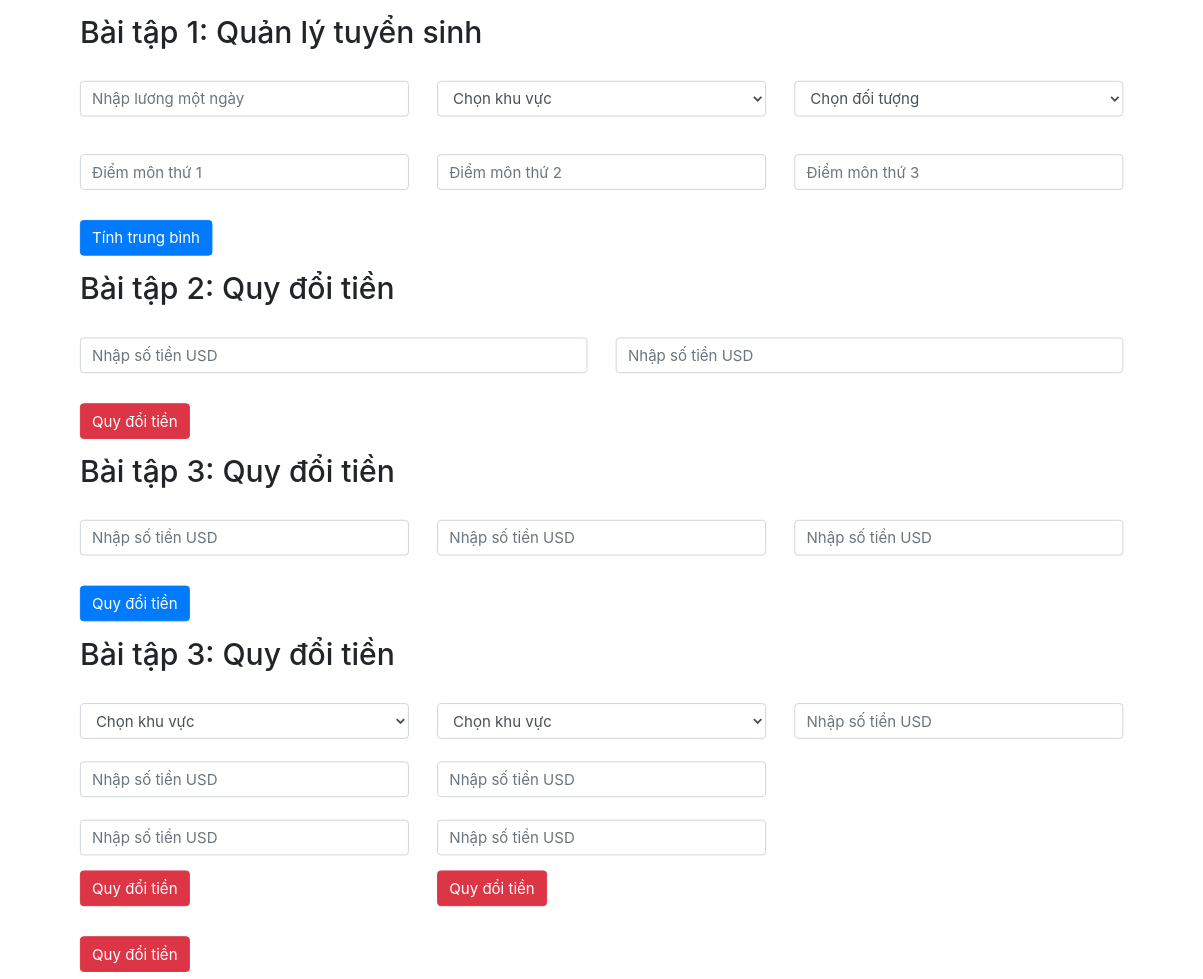
Repository: thanhfrankie/BC10-LeMinhThanh-Js-b5
Page: index.html
The author's editor kept a copy of each file at every save. The page is drawn from the files as they stood at one save, then again after a run of saves.
The browser window is 1280 px wide. The pictures show the whole page, at 94% of full size.

Above is the page before, as saved 2023-12-15 17:39:10.

### index.html
<!doctype html>
<html lang="en">
  <head>
    <title>Title</title>
    <!-- Required meta tags -->
    <meta charset="utf-8">
    <meta name="viewport" content="width=device-width, initial-scale=1, shrink-to-fit=no">

    <!-- Bootstrap CSS -->
    <link rel="stylesheet" href="https://stackpath.bootstrapcdn.com/bootstrap/4.3.1/css/bootstrap.min.css" integrity="sha384-ggOyR0iXCbMQv3Xipma34MD+dH/1fQ784/j6cY/iJTQUOhcWr7x9JvoRxT2MZw1T" crossorigin="anonymous">
  </head>
  <body>
   <!-- Bài tập 1 -->
   <div class="container ">
    <h2 class="mt-3">Bài tập 1: Quản lý tuyển sinh</h2>
    <div class="row">
        <div class="col-sm-4">
            <div class="form-group">
                <label for="luong-mot-ngay"></label>
                <input
                  type="number"
                  class="form-control"
                  name=""
                  id="luong-mot-ngay"
                  aria-describedby="helpId"
                  placeholder="Nhập lương một ngày"
                  required
                />
        </div>
    </div>
        <div class="col-sm-4">
            <div class="form-group">
                <label for=""></label>
                <select class="form-control" id="">
                    <option selected>Chọn khu vực</option>
                    <option>A</option>
                    <option>B</option>
                    <option>C</option>
                </select>
            </div>
        </div>
        <div class="col-sm-4">
            <div class="form-group">
                <label for=""></label>
                <select class="form-control" id="">
                    <option selected>Chọn đối tượng</option>
                    <option>1</option>
                    <option>2</option>
                    <option>3</option>
                </select>
            </div>
        </div>
    </div>
   <div class="row">
        <div class="col-sm-4">
            <div class="form-group">
                <label for="diem-mon-thu-1"></label>
                <input
                  type="number"
                  class="form-control"
                  name=""
                  id="diem-mon-thu-1"
                  aria-describedby="helpId"
                  placeholder="Điểm môn thứ 1"
                  required
                />
        </div>
        </div>
        <div class="col-sm-4">
            <div class="form-group">
                <label for="diem-mon-thu-2"></label>
                <input
                  type="number"
                  class="form-control"
                  name=""
                  id="diem-mon-thu-2"
                  aria-describedby="helpId"
                  placeholder="Điểm môn thứ 2"
                  required
                />
        </div>
        </div>
        <div class="col-sm-4">
            <div class="form-group">
                <label for="diem-mon-thu-3"></label>
                <input
                  type="number"
                  class="form-control"
                  name=""
                  id="diem-mon-thu-3"
                  aria-describedby="helpId"
                  placeholder="Điểm môn thứ 3"
                  required
                />
        </div>
        </div>
    </div>
    <button type="button" onclick="tinhTrungBinh()" class="btn btn-primary mt-3">
        Tính trung bình
      </button>
      <h3 id="ket-qua-trung-binh" class="text-success"></h3>
</div>
       <!-- Bài tập 2 -->
       <div class="container">
        <h2 class="mt-3">Bài tập 2: Quy đổi tiền</h2>
        <div class="row">
            <div class="col-sm-6">
                <div class="form-group">
                    <label for="so-luong-USD"></label>
                    <input
                      type="number"
                      class="form-control"
                      name=""
                      id="so-luong-USD"
                      aria-describedby="helpId"
                      placeholder="Nhập số tiền USD"
                      required
                    />


                  </div>
            </div>
            <div class="col-sm-6">
                <div class="form-group">

                    <label for="so-luong-USD"></label>
                    <input
                      type="number"
                      class="form-control"
                      name=""
                      id="so-luong-USD"
                      aria-describedby="helpId"
                      placeholder="Nhập số tiền USD"
                      required
                    />


            </div>
        </div>
    </div>
    <button type="button" onclick="quyDoiTien()" class="btn btn-danger mt-3">  Quy đổi tiền
    </button>

        <h3 id="so-luong-VND" class="text-success"></h3>
      </div>
        <!-- Bài tập 3-->
        <div class="container">
            <h2 class="mt-3">Bài tập 3: Quy đổi tiền</h2>
            <div class="row">
                <div class="col-sm-4">    <div class="form-group">
                    <label for="so-luong-USD"></label>
                    <input
                      type="text"
                      class="form-control"
                      name=""
                      id="so-luong-USD"
                      aria-describedby="helpId"
                      placeholder="Nhập số tiền USD"
                      required
                    />

                </div></div>
                <div class="col-sm-4">    <div class="form-group">

                  <label for="so-luong-USD"></label>
                  <input
                    type="number"
                    class="form-control"
                    name=""
                    id="so-luong-USD"
                    aria-describedby="helpId"
                    placeholder="Nhập số tiền USD"
                    required
                  />

                </div></div>
                <div class="col-sm-4">    <div class="form-group">

                  <label for="so-luong-USD"></label>
                  <input
                    type="number"
                    class="form-control"
                    name=""
                    id="so-luong-USD"
                    aria-describedby="helpId"
                    placeholder="Nhập số tiền USD"
                    required
                  />


            </div></div>
        </div>
        <button type="button" onclick="quyDoiTien()" class="btn btn-primary mt-3">
            Quy đổi tiền
        </button>
            <h3 id="so-luong-VND" class="text-success"></h3>
          </div>
        <!-- Bài tập 4-->
        <div class="container">
            <h2 class="mt-3">Bài tập 3: Quy đổi tiền</h2>
            <div class="row">
                <div class="col-sm-4"> <div class="form-group">
                    <label for=""></label>
                    <select class="form-control" id="">
                        <option selected>Chọn khu vực</option>
                        <option>A</option>
                        <option>B</option>
                        <option>C</option>
                    </select>
                    <label for="so-luong-USD"></label>
                    <input
                      type="text"
                      class="form-control"
                      name=""
                      id="so-luong-USD"
                      aria-describedby="helpId"
                      placeholder="Nhập số tiền USD"
                      required
                    />

                  <label for="so-luong-USD"></label>
                  <input
                    type="number"
                    class="form-control"
                    name=""
                    id="so-luong-USD"
                    aria-describedby="helpId"
                    placeholder="Nhập số tiền USD"
                    required
                  />

                  <button type="button" onclick="quyDoiTien()" class="btn btn-danger mt-3">
                   Quy đổi tiền
                  </button>
                </div></div>
                <div class="col-sm-4"> <div class="form-group">
                    <label for=""></label>
                    <select class="form-control" id="">
                        <option selected>Chọn khu vực</option>
                        <option>A</option>
                        <option>B</option>
                        <option>C</option>
                    </select>
                    <label for="so-luong-USD"></label>
                    <input
                      type="text"
                      class="form-control"
                      name=""
                      id="so-luong-USD"
                      aria-describedby="helpId"
                      placeholder="Nhập số tiền USD"
                      required
                    />

                  <label for="so-luong-USD"></label>
                  <input
                    type="number"
                    class="form-control"
                    name=""
                    id="so-luong-USD"
                    aria-describedby="helpId"
                    placeholder="Nhập số tiền USD"
                    required
                  />

                  <button type="button" onclick="quyDoiTien()" class="btn btn-danger mt-3">
                   Quy đổi tiền
                  </button>
                </div></div>
                <div class="col-sm-4"> <div class="form-group">

                  <label for="so-luong-USD"></label>
                  <input
                    type="number"
                    class="form-control"
                    name=""
                    id="so-luong-USD"
                    aria-describedby="helpId"
                    placeholder="Nhập số tiền USD"
                    required
                  />

                </div></div>
            </div>
            <button type="button" onclick="quyDoiTien()" class="btn btn-danger mt-3">
             Quy đổi tiền
            </button>

            <h3 id="so-luong-VND" class="text-success"></h3>
          </div>


    <!-- Optional JavaScript -->
    <!-- jQuery first, then Popper.js, then Bootstrap JS -->
    <script src="https://code.jquery.com/jquery-3.3.1.slim.min.js" integrity="sha384-q8i/X+965DzO0rT7abK41JStQIAqVgRVzpbzo5smXKp4YfRvH+8abtTE1Pi6jizo" crossorigin="anonymous"></script>
    <script src="https://cdnjs.cloudflare.com/ajax/libs/popper.js/1.14.7/umd/popper.min.js" integrity="sha384-UO2eT0CpHqdSJQ6hJty5KVphtPhzWj9WO1clHTMGa3JDZwrnQq4sF86dIHNDz0W1" crossorigin="anonymous"></script>
    <script src="https://stackpath.bootstrapcdn.com/bootstrap/4.3.1/js/bootstrap.min.js" integrity="sha384-JjSmVgyd0p3pXB1rRibZUAYoIIy6OrQ6VrjIEaFf/nJGzIxFDsf4x0xIM+B07jRM" crossorigin="anonymous"></script>
    <script src="./index.js"></script>
  </body>
</html>

### index.js
// Bài tập 1
/**
 * B1: tạo biến, lấy giá trị từ input
 * B2: Tính lương
 * + tạo biến để tính lương: lương 1 ngày * số ngày làm
 * + gán sự kiện click cho button
 * B3: hiển thị kết quả
 */





// Bài tập 2
/**
 * B1: tạo biến, lấy giá trị từ input
 * B2: Tính lương
 * + tạo biến để tính lương: lương 1 ngày * số ngày làm
 * + gán sự kiện click cho button
 * B3: hiển thị kết quả
 */




// Bài tập 3
/**
 * B1: tạo biến, lấy giá trị từ input
 * B2: Tính lương
 * + tạo biến để tính lương: lương 1 ngày * số ngày làm
 * + gán sự kiện click cho button
 * B3: hiển thị kết quả
 */

After the next 3 saves:
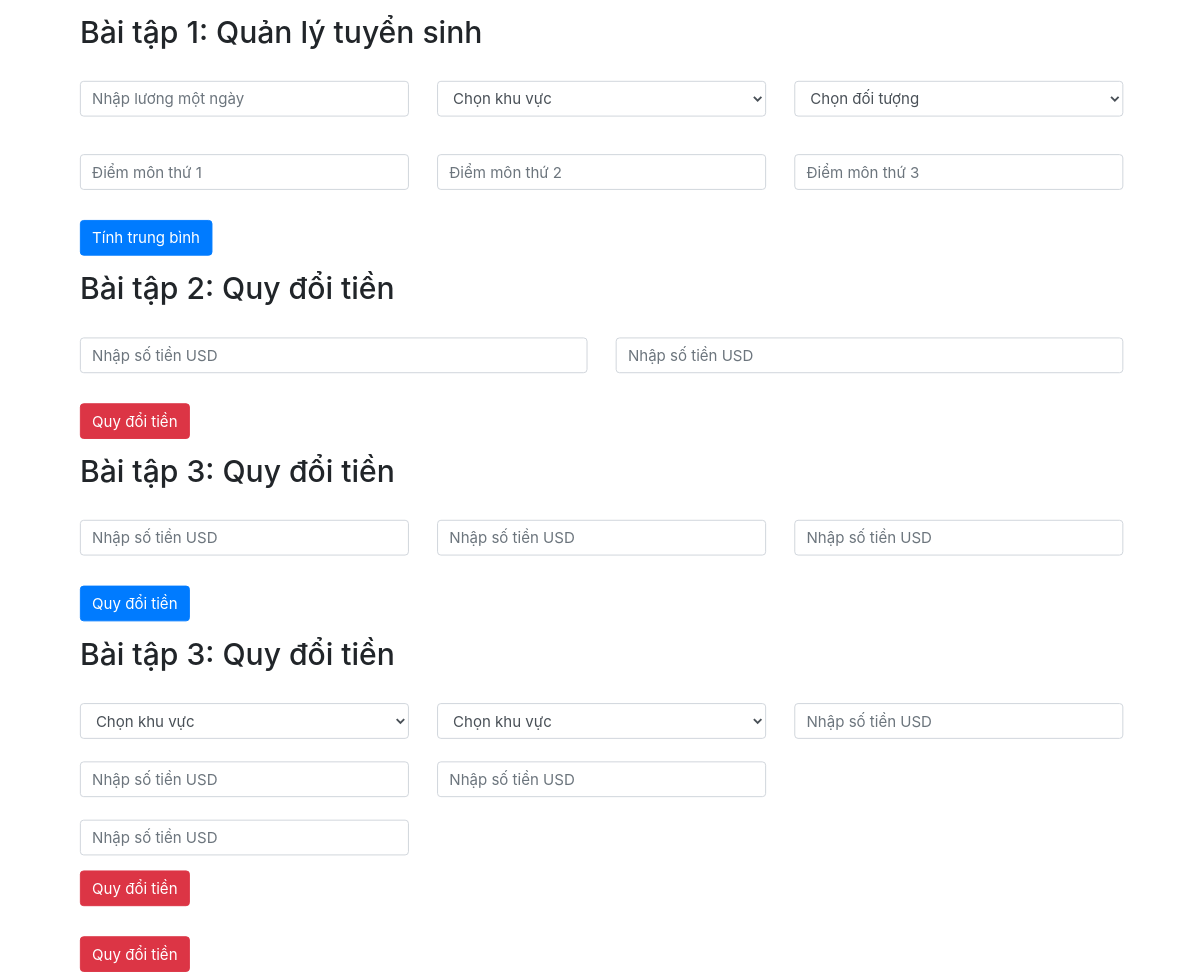
The 3 saves are shown as one change because they came seconds apart.
The last was saved 9 s later.
--- a/index.html
+++ b/index.html
@@ -252,23 +252,11 @@
                       required
                     />
 
-                  <label for="so-luong-USD"></label>
-                  <input
-                    type="number"
-                    class="form-control"
-                    name=""
-                    id="so-luong-USD"
-                    aria-describedby="helpId"
-                    placeholder="Nhập số tiền USD"
-                    required
-                  />
-
-                  <button type="button" onclick="quyDoiTien()" class="btn btn-danger mt-3">
-                   Quy đổi tiền
-                  </button>
+
+
+
                 </div></div>
                 <div class="col-sm-4"> <div class="form-group">
-
                   <label for="so-luong-USD"></label>
                   <input
                     type="number"
